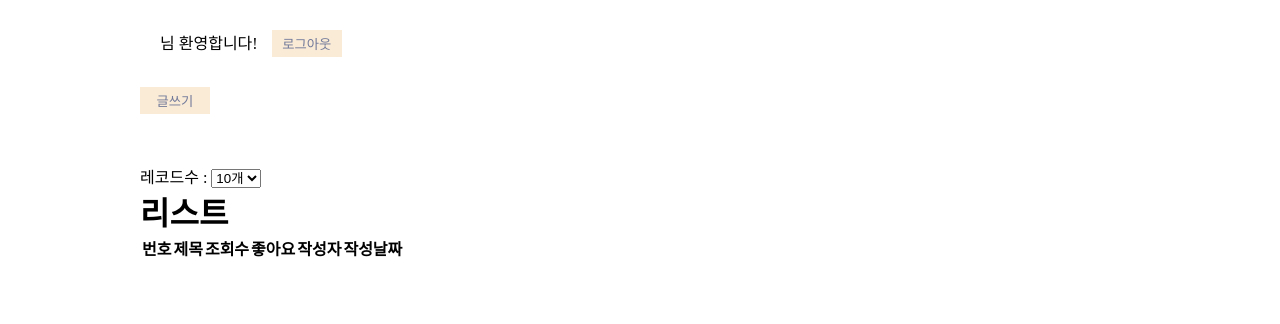
Repository: kayoyo/jsp
Page: http://localhost/BoardWeb_4/WEB-INF/jsp/board/list.jsp
These files come from the project's save history. The page is drawn as it stood at one moment and after the next save; the edit follows.
The browser window is 1280 px wide. The pictures show the whole page.
The page is served by Tomcat 9. Nobody is signed in. The template is opened directly, without the code that normally fills it, so the values that code supplies are empty.

Above is the page before, as saved 2020-08-28 05:39:09.

After the next save:
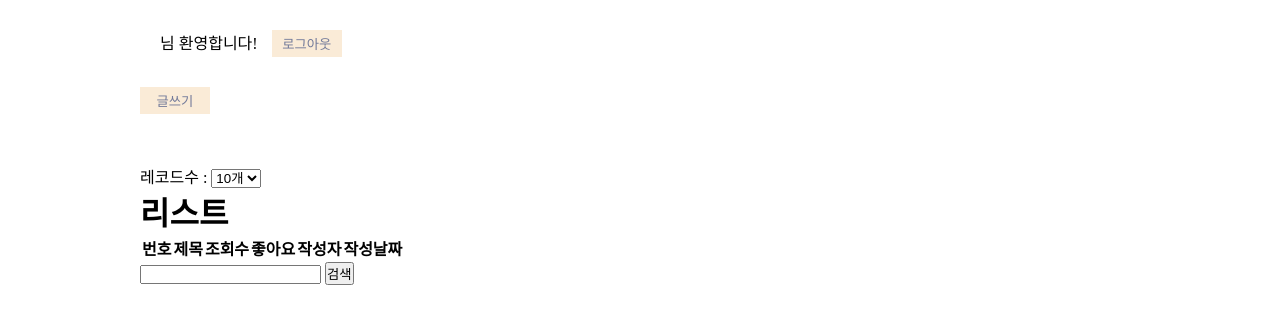
Saved 15 min 20 s later.
--- a/BoardWeb_4/WebContent/WEB-INF/jsp/board/list.jsp
+++ b/BoardWeb_4/WebContent/WEB-INF/jsp/board/list.jsp
@@ -102,6 +102,12 @@ a {
 				</tr>
 			</c:forEach>
 		</table>
+		<div class="search">
+			<form action="/board/list">
+				<input type="search" name="searchText">
+				<input type="submit" value="검색">
+			</form>
+		</div>
 		<div class="pageCnt">
 			<c:forEach var="pageItem" begin="1" end="${pagingCnt}">
 				<c:choose>
